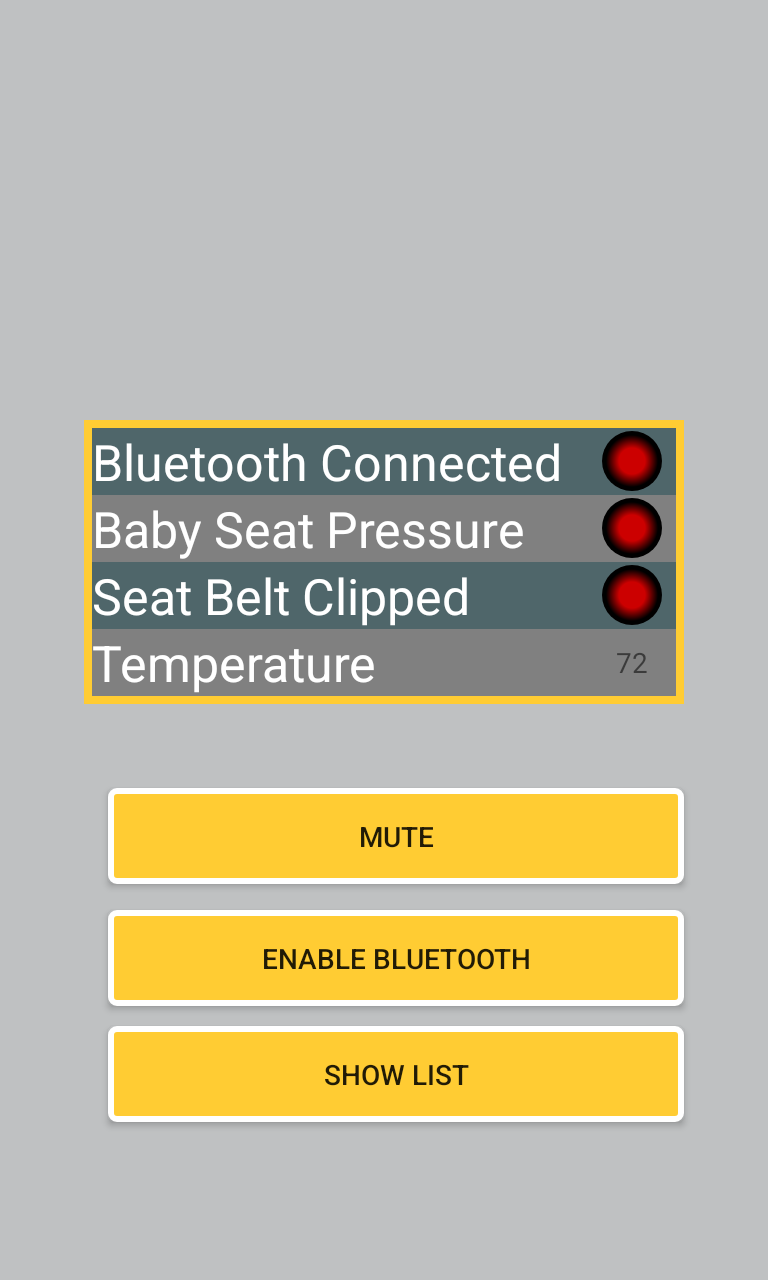
Repository: kqbright/Senior_Design2_Baby_Saver_Android_App
Layout: AppWorkspace/BabyCarTest/res/layout/activity_main.xml
These files come from the project's save history. The layout is drawn as it stood at one moment and after the next save; the edit follows.
It is drawn on a 768 x 1280 px phone screen (xhdpi) without system bars, with theme AppTheme; the app's code is not run.

Above is the layout before, as saved 2014-11-30 21:27:18.

### AppWorkspace/BabyCarTest/res/layout/activity_main.xml
<RelativeLayout xmlns:android="http://schemas.android.com/apk/res/android"
    xmlns:tools="http://schemas.android.com/tools"
    android:layout_width="match_parent"
    android:layout_height="match_parent"
    android:gravity="center_horizontal"
    android:orientation="vertical"
    android:background="#BFC1C2"
    android:paddingBottom="@dimen/activity_vertical_margin"
    android:paddingLeft="@dimen/activity_horizontal_margin"
    android:paddingRight="@dimen/activity_horizontal_margin"
    android:paddingTop="@dimen/activity_vertical_margin"
    tools:context="com.babycartest.MainActivity" >

    <TextView
        android:id="@+id/textView1"
        android:layout_width="wrap_content"
        android:layout_height="wrap_content"
        android:layout_below="@+id/button4"
        android:layout_centerHorizontal="true"
        android:layout_marginTop="46dp"
        android:text=""
        android:textAppearance="?android:attr/textAppearanceLarge" />

    <Button
        android:id="@+id/button2"
        android:layout_width="wrap_content"
        android:layout_height="wrap_content"
        android:layout_alignLeft="@+id/button1"
        android:layout_alignParentBottom="true"
        android:layout_alignRight="@+id/button1"
        android:layout_marginBottom="63dp"
        android:background="@drawable/custom_button1"
        android:text="@string/button2_text" />

    <Button
        android:id="@+id/button1"
        android:layout_width="288dp"
        android:layout_height="wrap_content"
        android:layout_above="@+id/button2"
        android:layout_centerHorizontal="true"
        android:layout_marginBottom="10dp"
        android:background="@drawable/custom_button1"
        android:text="@string/button_text" />

    <TableLayout
        android:id="@+id/tableLayout1"
        android:layout_width="300dp"
        android:layout_height="wrap_content"
        android:layout_above="@+id/button4"
        android:layout_alignRight="@+id/button4"
        android:layout_marginBottom="42dp"
        android:background="@drawable/table_border"
        android:stretchColumns="0,1,2" >

        <TableRow
            android:id="@+id/tableRow2"
            android:layout_width="match_parent"
            android:layout_height="wrap_content"
            android:layout_gravity="center_horizontal"
            android:background="@color/stormcloud" >

            <TextView
                android:text="@string/connected"
                android:textColor="@color/white"
                android:textSize="25sp" />

            <ImageView
                android:id="@+id/circle1"
                android:layout_gravity="center"
                android:background="@drawable/red_circle"
                android:contentDescription="@string/red_circle" />
        </TableRow>

        <TableRow
            android:id="@+id/tableRow3"
            android:layout_width="wrap_content"
            android:layout_height="wrap_content"
            android:background="@color/trolley_grey" >

            <TextView
                android:text="@string/pressure_applied"
                android:textColor="@color/white"
                android:textSize="25sp" />

            <ImageView
                android:id="@+id/circle2"
                android:layout_gravity="center"
                android:background="@drawable/red_circle"
                android:contentDescription="@string/red_circle" />
        </TableRow>

        <TableRow
            android:id="@+id/tableRow4"
            android:layout_width="wrap_content"
            android:layout_height="wrap_content"
            android:background="@color/stormcloud" >

            <TextView
                android:text="@string/seat_belt"
                android:textColor="@color/white"
                android:textSize="25sp" />

            <ImageView
                android:id="@+id/circle3"
                android:layout_gravity="center"
                android:background="@drawable/red_circle"
                android:contentDescription="@string/red_circle" />
        </TableRow>

        <TableRow
            android:id="@+id/tableRow5"
            android:layout_width="wrap_content"
            android:layout_height="wrap_content"
            android:background="@color/trolley_grey" >

            <TextView
                android:text="@string/temp_lbl"
                android:textColor="@color/white"
                android:textSize="25sp" />

            <TextView
                android:id="@+id/tempValue"
                android:layout_gravity="center"
                android:text="@string/temp" />
        </TableRow>
    </TableLayout>

    <Button
        android:id="@+id/button4"
        android:layout_width="wrap_content"
        android:layout_height="wrap_content"
        android:layout_above="@+id/button1"
        android:layout_alignLeft="@+id/button1"
        android:layout_alignRight="@+id/button1"
        android:layout_marginBottom="13dp"
        android:background="@drawable/custom_button1"
        android:text="@string/mute" />

</RelativeLayout>

### AppWorkspace/BabyCarTest/res/drawable-hdpi/custom_button1.xml
<?xml version="1.0" encoding="utf-8"?>
<selector
    xmlns:android="http://schemas.android.com/apk/res/android">

    <item android:state_pressed="true" >
        <shape>
            <solid
                android:color="@color/willpower_orange"/>
            <stroke
                android:width="3dp"
                android:color="@color/white" />

            <corners
                android:radius="3dp" />
            <padding
                android:left="10dp"
                android:top="10dp"
                android:right="10dp"
                android:bottom="10dp" />
        </shape>
    </item>

    <item android:state_focused="true" >
        <shape>
            <solid
                android:color="@color/medium_champagne"
                />
                        <stroke
                android:width="3dp"
                android:color="@color/white" />

            <corners
                android:radius="3dp" />
            <padding
                android:left="10dp"
                android:top="10dp"
                android:right="10dp"
                android:bottom="10dp" />
        </shape>
    </item>

    <item>
        <shape>
            <solid
                android:color="@color/sunglow" />
            <stroke
                android:width="3dp"
                android:color="@color/white" />
            <corners
                android:radius="3dp" />
            <padding
                android:left="10dp"
                android:top="10dp"
                android:right="10dp"
                android:bottom="10dp" />
        </shape>
    </item>
</selector>

### AppWorkspace/BabyCarTest/res/drawable-ldpi/custom_button1.xml
<?xml version="1.0" encoding="utf-8"?>
<selector
    xmlns:android="http://schemas.android.com/apk/res/android">

    <item android:state_pressed="true" >
        <shape>
            <solid
                android:color="@color/willpower_orange"/>
            <stroke
                android:width="3dp"
                android:color="@color/white" />

            <corners
                android:radius="3dp" />
            <padding
                android:left="10dp"
                android:top="10dp"
                android:right="10dp"
                android:bottom="10dp" />
        </shape>
    </item>

    <item android:state_focused="true" >
        <shape>
            <solid
                android:color="@color/medium_champagne"
                />
                        <stroke
                android:width="3dp"
                android:color="@color/white" />

            <corners
                android:radius="3dp" />
            <padding
                android:left="10dp"
                android:top="10dp"
                android:right="10dp"
                android:bottom="10dp" />
        </shape>
    </item>

    <item>
        <shape>
            <solid
                android:color="@color/sunglow" />
            <stroke
                android:width="3dp"
                android:color="@color/white" />
            <corners
                android:radius="3dp" />
            <padding
                android:left="10dp"
                android:top="10dp"
                android:right="10dp"
                android:bottom="10dp" />
        </shape>
    </item>
</selector>

### AppWorkspace/BabyCarTest/res/drawable-mdpi/custom_button1.xml
<?xml version="1.0" encoding="utf-8"?>
<selector
    xmlns:android="http://schemas.android.com/apk/res/android">

    <item android:state_pressed="true" >
        <shape>
            <solid
                android:color="@color/willpower_orange"/>
            <stroke
                android:width="3dp"
                android:color="@color/white" />

            <corners
                android:radius="3dp" />
            <padding
                android:left="10dp"
                android:top="10dp"
                android:right="10dp"
                android:bottom="10dp" />
        </shape>
    </item>

    <item android:state_focused="true" >
        <shape>
            <solid
                android:color="@color/medium_champagne"
                />
                        <stroke
                android:width="3dp"
                android:color="@color/white" />

            <corners
                android:radius="3dp" />
            <padding
                android:left="10dp"
                android:top="10dp"
                android:right="10dp"
                android:bottom="10dp" />
        </shape>
    </item>

    <item>
        <shape>
            <solid
                android:color="@color/sunglow" />
            <stroke
                android:width="3dp"
                android:color="@color/white" />
            <corners
                android:radius="3dp" />
            <padding
                android:left="10dp"
                android:top="10dp"
                android:right="10dp"
                android:bottom="10dp" />
        </shape>
    </item>
</selector>

### AppWorkspace/BabyCarTest/res/drawable-xhdpi/custom_button1.xml
<?xml version="1.0" encoding="utf-8"?>
<selector
    xmlns:android="http://schemas.android.com/apk/res/android">

    <item android:state_pressed="true" >
        <shape>
            <solid
                android:color="@color/willpower_orange"/>
            <stroke
                android:width="3dp"
                android:color="@color/white" />

            <corners
                android:radius="3dp" />
            <padding
                android:left="10dp"
                android:top="10dp"
                android:right="10dp"
                android:bottom="10dp" />
        </shape>
    </item>

    <item android:state_focused="true" >
        <shape>
            <solid
                android:color="@color/medium_champagne"
                />
                        <stroke
                android:width="3dp"
                android:color="@color/white" />

            <corners
                android:radius="3dp" />
            <padding
                android:left="10dp"
                android:top="10dp"
                android:right="10dp"
                android:bottom="10dp" />
        </shape>
    </item>

    <item>
        <shape>
            <solid
                android:color="@color/sunglow" />
            <stroke
                android:width="3dp"
                android:color="@color/white" />
            <corners
                android:radius="3dp" />
            <padding
                android:left="10dp"
                android:top="10dp"
                android:right="10dp"
                android:bottom="10dp" />
        </shape>
    </item>
</selector>

### AppWorkspace/BabyCarTest/res/drawable-xxhdpi/custom_button1.xml
<?xml version="1.0" encoding="utf-8"?>
<selector
    xmlns:android="http://schemas.android.com/apk/res/android">

    <item android:state_pressed="true" >
        <shape>
            <solid
                android:color="@color/willpower_orange"/>
            <stroke
                android:width="3dp"
                android:color="@color/white" />

            <corners
                android:radius="3dp" />
            <padding
                android:left="10dp"
                android:top="10dp"
                android:right="10dp"
                android:bottom="10dp" />
        </shape>
    </item>

    <item android:state_focused="true" >
        <shape>
            <solid
                android:color="@color/medium_champagne"
                />
                        <stroke
                android:width="3dp"
                android:color="@color/white" />

            <corners
                android:radius="3dp" />
            <padding
                android:left="10dp"
                android:top="10dp"
                android:right="10dp"
                android:bottom="10dp" />
        </shape>
    </item>

    <item>
        <shape>
            <solid
                android:color="@color/sunglow" />
            <stroke
                android:width="3dp"
                android:color="@color/white" />
            <corners
                android:radius="3dp" />
            <padding
                android:left="10dp"
                android:top="10dp"
                android:right="10dp"
                android:bottom="10dp" />
        </shape>
    </item>
</selector>

### AppWorkspace/BabyCarTest/res/values/strings.xml
<?xml version="1.0" encoding="utf-8"?>
<resources>

    <string name="app_name">Baby Car Test</string>
    <string name="hello_world">Hello world!</string>
    <string name="action_settings">Settings</string>
    <string name="button_text">Enable Bluetooth</string>
    <string name="button2_text">Show list</string>
    <string name="pick_device">Select a Device</string>
    <string name="connected">Bluetooth Connected</string>
    <string name="led_on">ON</string>
    <string name="mute">MUTE</string>
    <string name="pressure_applied">Baby Seat Pressure</string>
    <string name="seat_belt">Seat Belt Clipped</string>
    <string name="temp_lbl">Temperature</string>
    <string name="temp">72</string>
    <string name="red_circle">Red Circle</string>
    <string name="no_baby">No Child Detected</string>
    <string name="baby_in_car">Child in the Car</string>

</resources>

### AppWorkspace/BabyCarTest/res/drawable-hdpi/table_border.xml
<?xml version="1.0" encoding="utf-8"?>
<shape xmlns:android="http://schemas.android.com/apk/res/android"
    android:shape="rectangle">
    <solid
        android:color="@color/sunglow"/>
    <padding android:left="4dp"
        android:top="4dp"
        android:right="4dp"
        android:bottom="4dp" />

</shape>

### AppWorkspace/BabyCarTest/res/drawable-ldpi/table_border.xml
<?xml version="1.0" encoding="utf-8"?>
<shape xmlns:android="http://schemas.android.com/apk/res/android"
    android:shape="rectangle">
    <solid
        android:color="@color/sunglow"/>
    <padding android:left="4dp"
        android:top="4dp"
        android:right="4dp"
        android:bottom="4dp" />

</shape>

### AppWorkspace/BabyCarTest/res/drawable-mdpi/table_border.xml
<?xml version="1.0" encoding="utf-8"?>
<shape xmlns:android="http://schemas.android.com/apk/res/android"
    android:shape="rectangle">
    <solid
        android:color="@color/sunglow"/>
    <padding android:left="4dp"
        android:top="4dp"
        android:right="4dp"
        android:bottom="4dp" />

</shape>

### AppWorkspace/BabyCarTest/res/drawable-xhdpi/table_border.xml
<?xml version="1.0" encoding="utf-8"?>
<shape xmlns:android="http://schemas.android.com/apk/res/android"
    android:shape="rectangle">
    <solid
        android:color="@color/sunglow"/>
    <padding android:left="4dp"
        android:top="4dp"
        android:right="4dp"
        android:bottom="4dp" />

</shape>

### AppWorkspace/BabyCarTest/res/drawable-xxhdpi/table_border.xml
<?xml version="1.0" encoding="utf-8"?>
<shape xmlns:android="http://schemas.android.com/apk/res/android"
    android:shape="rectangle">
    <solid
        android:color="@color/sunglow"/>
    <padding android:left="4dp"
        android:top="4dp"
        android:right="4dp"
        android:bottom="4dp" />

</shape>

### AppWorkspace/BabyCarTest/res/values/color.xml
<?xml version="1.0" encoding="utf-8"?>
<resources>

    <color name="white">#FFFFFF</color>
    <color name="medium_champagne">#F3E5AB</color>


    <color name="sunglow">#FFCC33</color>
    <color name="tangerine">#F28500</color>
    <color name="willpower_orange">#FD5800</color>


    <color name="stormcloud">#4F666A</color>
    <color name="trolley_grey">#808080</color>


    <color name="spring_green">#00FF7F</color>


    <color name="university_red">#CC0000</color>

    <color name="black">#000000</color>

</resources>

### AppWorkspace/BabyCarTest/res/drawable-hdpi/red_circle.xml
<?xml version="1.0" encoding="utf-8"?>
<shape xmlns:android="http://schemas.android.com/apk/res/android"
    android:shape="oval">
    <gradient
        android:type="radial"
        android:centerColor="@color/university_red"
        android:startColor="@color/university_red"
        android:endColor="@color/black"
        android:gradientRadius="20"
        />
    <padding android:left="10dp"
        android:top="10dp"
        android:right="10dp"
        android:bottom="10dp" />
    <size
        android:width="30dp"
        android:height="30dp"/>
</shape>

### AppWorkspace/BabyCarTest/res/drawable-ldpi/red_circle.xml
<?xml version="1.0" encoding="utf-8"?>
<shape xmlns:android="http://schemas.android.com/apk/res/android"
    android:shape="oval">
    <gradient
        android:type="radial"
        android:centerColor="@color/university_red"
        android:startColor="@color/university_red"
        android:endColor="@color/white"
        android:gradientRadius="10"
        />
    <padding
        android:left="10dp"
        android:top="10dp"
        android:right="10dp"
        android:bottom="10dp" />
    <size
        android:width="30dp"
        android:height="30dp"/>
</shape>

### AppWorkspace/BabyCarTest/res/drawable-mdpi/red_circle.xml
<?xml version="1.0" encoding="utf-8"?>
<shape xmlns:android="http://schemas.android.com/apk/res/android"
    android:shape="oval">
    <gradient
        android:type="radial"
        android:centerColor="@color/university_red"
        android:startColor="@color/university_red"
        android:endColor="@color/white"
        android:gradientRadius="13"
        />
    <padding android:left="10dp"
        android:top="10dp"
        android:right="10dp"
        android:bottom="10dp" />
    <size
        android:width="30dp"
        android:height="30dp"/>
</shape>

### AppWorkspace/BabyCarTest/res/drawable-xhdpi/red_circle.xml
<?xml version="1.0" encoding="utf-8"?>
<shape xmlns:android="http://schemas.android.com/apk/res/android"
    android:shape="oval">
    <gradient
        android:type="radial"
        android:centerColor="@color/university_red"
        android:startColor="@color/university_red"
        android:endColor="@color/black"
        android:gradientRadius="26"
        />
    <padding android:left="10dp"
        android:top="10dp"
        android:right="10dp"
        android:bottom="10dp" />
    <size
        android:width="30dp"
        android:height="30dp"/>
</shape>

### AppWorkspace/BabyCarTest/res/drawable-xxhdpi/red_circle.xml
<?xml version="1.0" encoding="utf-8"?>
<shape xmlns:android="http://schemas.android.com/apk/res/android"
    android:shape="oval">
    <gradient
        android:type="radial"
        android:centerColor="@color/university_red"
        android:startColor="@color/university_red"
        android:endColor="@color/black"
        android:gradientRadius="39"
        />
    <padding android:left="10dp"
        android:top="10dp"
        android:right="10dp"
        android:bottom="10dp" />
    <size
        android:width="30dp"
        android:height="30dp"/>
</shape>

Loaded but not shown: AppWorkspace/BabyCarTest/res/values/styles.xml (common file); AppWorkspace/BabyCarTest/res/values-v11/styles.xml (common file); AppWorkspace/BabyCarTest/res/values-v14/styles.xml (common file); AppWorkspace/BabyCarTest/res/values/dimens.xml (common file); AppWorkspace/BabyCarTest/res/values-w820dp/dimens.xml (common file)

After the next save:
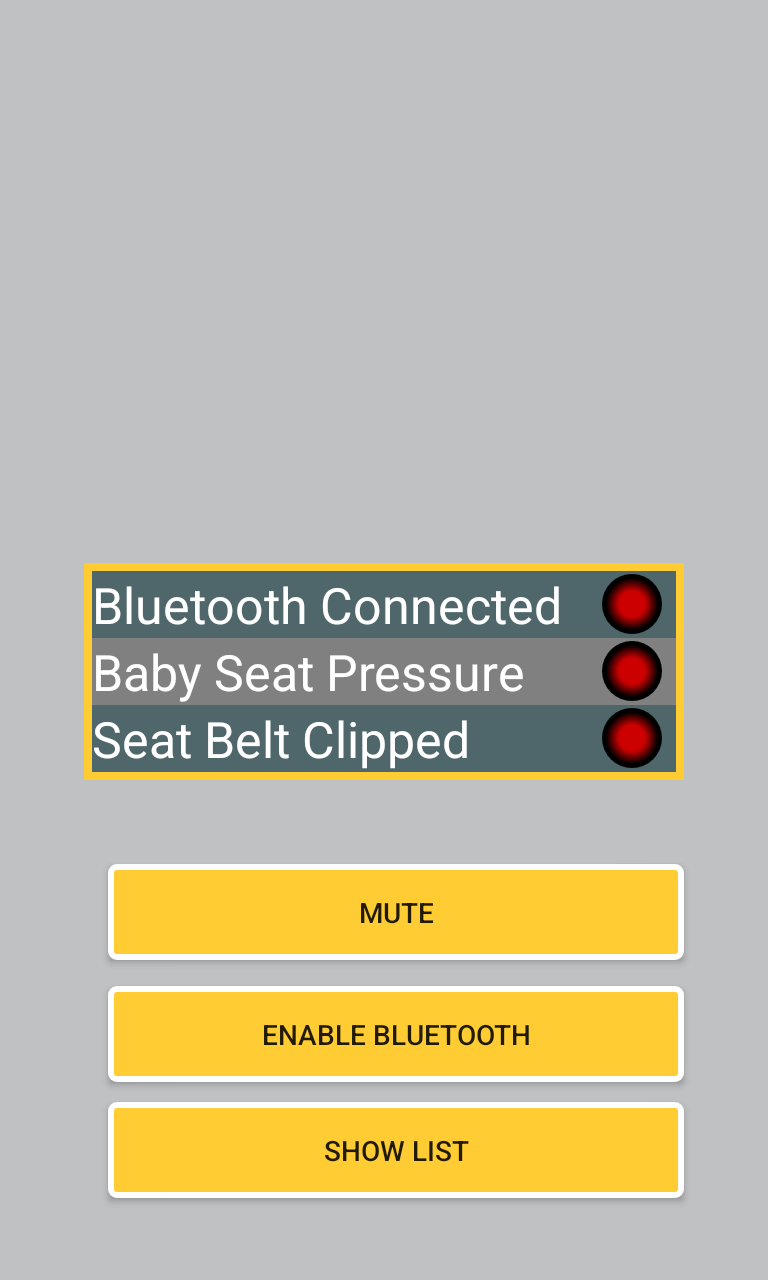
Saved 5 h 29 min later.
--- a/AppWorkspace/BabyCarTest/res/layout/activity_main.xml
+++ b/AppWorkspace/BabyCarTest/res/layout/activity_main.xml
@@ -20,17 +20,6 @@
         android:layout_marginTop="46dp"
         android:text=""
         android:textAppearance="?android:attr/textAppearanceLarge" />
-
-    <Button
-        android:id="@+id/button2"
-        android:layout_width="wrap_content"
-        android:layout_height="wrap_content"
-        android:layout_alignLeft="@+id/button1"
-        android:layout_alignParentBottom="true"
-        android:layout_alignRight="@+id/button1"
-        android:layout_marginBottom="63dp"
-        android:background="@drawable/custom_button1"
-        android:text="@string/button2_text" />
 
     <Button
         android:id="@+id/button1"
@@ -107,22 +96,7 @@
                 android:contentDescription="@string/red_circle" />
         </TableRow>
 
-        <TableRow
-            android:id="@+id/tableRow5"
-            android:layout_width="wrap_content"
-            android:layout_height="wrap_content"
-            android:background="@color/trolley_grey" >
 
-            <TextView
-                android:text="@string/temp_lbl"
-                android:textColor="@color/white"
-                android:textSize="25sp" />
-
-            <TextView
-                android:id="@+id/tempValue"
-                android:layout_gravity="center"
-                android:text="@string/temp" />
-        </TableRow>
     </TableLayout>
 
     <Button
@@ -136,4 +110,15 @@
         android:background="@drawable/custom_button1"
         android:text="@string/mute" />
 
+    <Button
+        android:id="@+id/button2"
+        android:layout_width="wrap_content"
+        android:layout_height="wrap_content"
+        android:layout_alignLeft="@+id/button1"
+        android:layout_alignParentBottom="true"
+        android:layout_alignRight="@+id/button1"
+        android:layout_marginBottom="25dp"
+        android:background="@drawable/custom_button1"
+        android:text="@string/button2_text" />
+
 </RelativeLayout>
